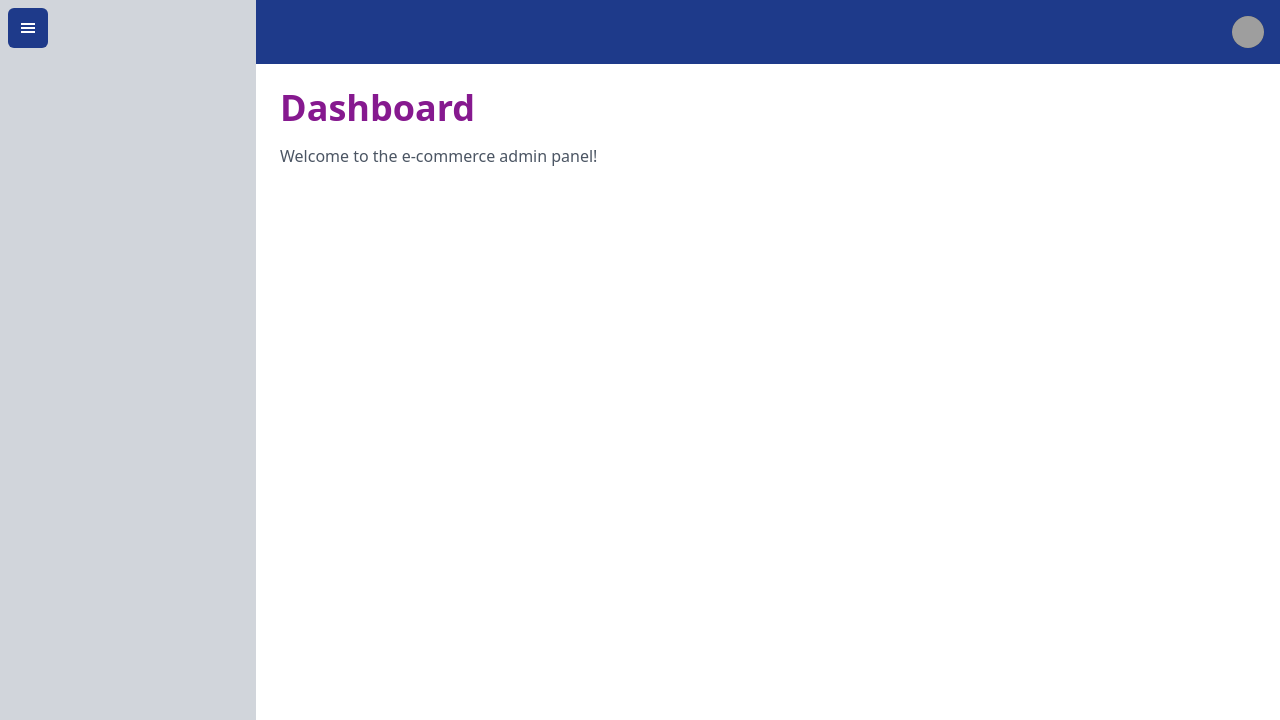
Repository: alizey12/POS-React-website
Page: /dashboard
An editor plug-in stored every save of this project. The page is shown before and after the next save, followed by the edit.
The browser window is 1280 px wide. The pictures show the whole page.
Pictures or frames that could not be fetched are drawn as grey boxes. The project was rebuilt for these pictures with package versions that can differ from the ones it lists, and the page was loaded fresh each time. Also part of the build but not shown: vite.config.js, src/login.jsx.

Above is the page before, as saved 2024-12-31 16:33:13.

After the next save:
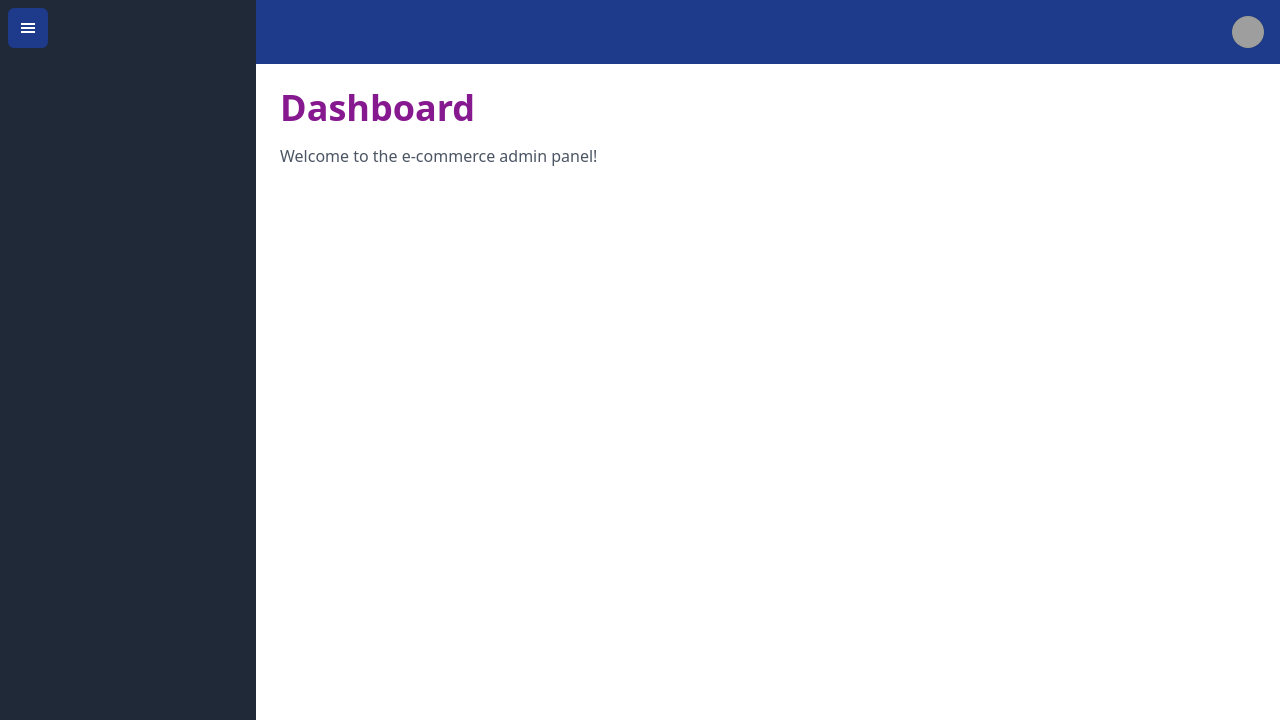
Saved 15 s later.
--- a/src/Dashboard.jsx
+++ b/src/Dashboard.jsx
@@ -13,7 +13,7 @@ const Dashboard = () => {
     <div className="h-screen  flex overflow-hidden">
       {/* Sidebar Section */}
       <div
-        className={`bg-gray-300 transition-all duration-300 ${
+        className={`bg-gray-800 transition-all duration-300 ${
           // isSidebarOpen ?
           'w-64'
         }`}
